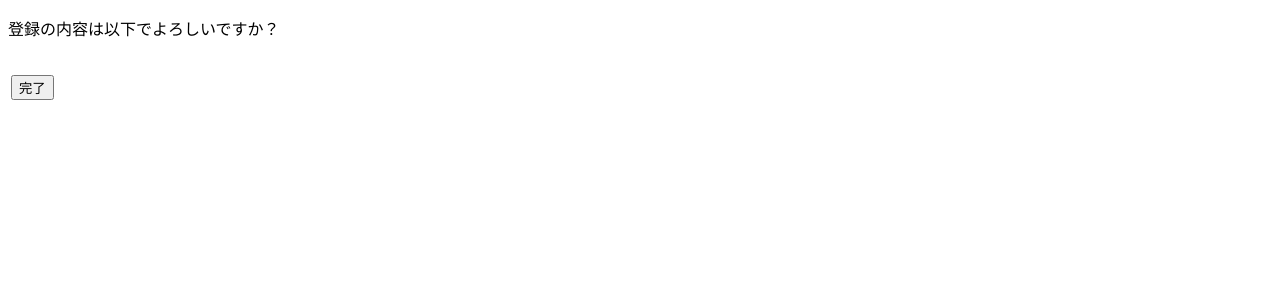
Repository: MurayamaMura/ecsite
Page: http://localhost/ecsite/addItemConfirm.jsp
These files come from the project's save history. The page is drawn as it stood at one moment and after the next save; the edit follows.
The browser window is 1280 px wide. The pictures show the whole page.
The page is served by Tomcat 9.

Above is the page before, as saved 2018-08-03 11:27:45.

After the next save:
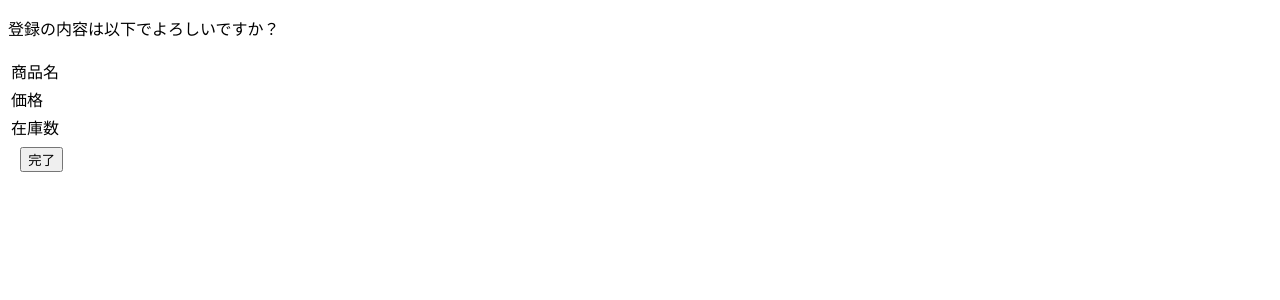
Saved 2 min 14 s later.
--- a/ecsite/WebContent/addItemConfirm.jsp
+++ b/ecsite/WebContent/addItemConfirm.jsp
@@ -14,12 +14,15 @@
 		<table>
 			<s:form action="AddItemConfirmAction">
 			<tr>
+				<td>商品名</td>
 				<td><s:property value="itemName"/></td>
 			</tr>
 			<tr>
+				<td>価格</td>
 				<td><s:property value="itemPrice"/></td>
 			</tr>
 			<tr>
+				<td>在庫数</td>
 				<td><s:property value="itemStock" /></td>
 			</tr>
 			<tr>
